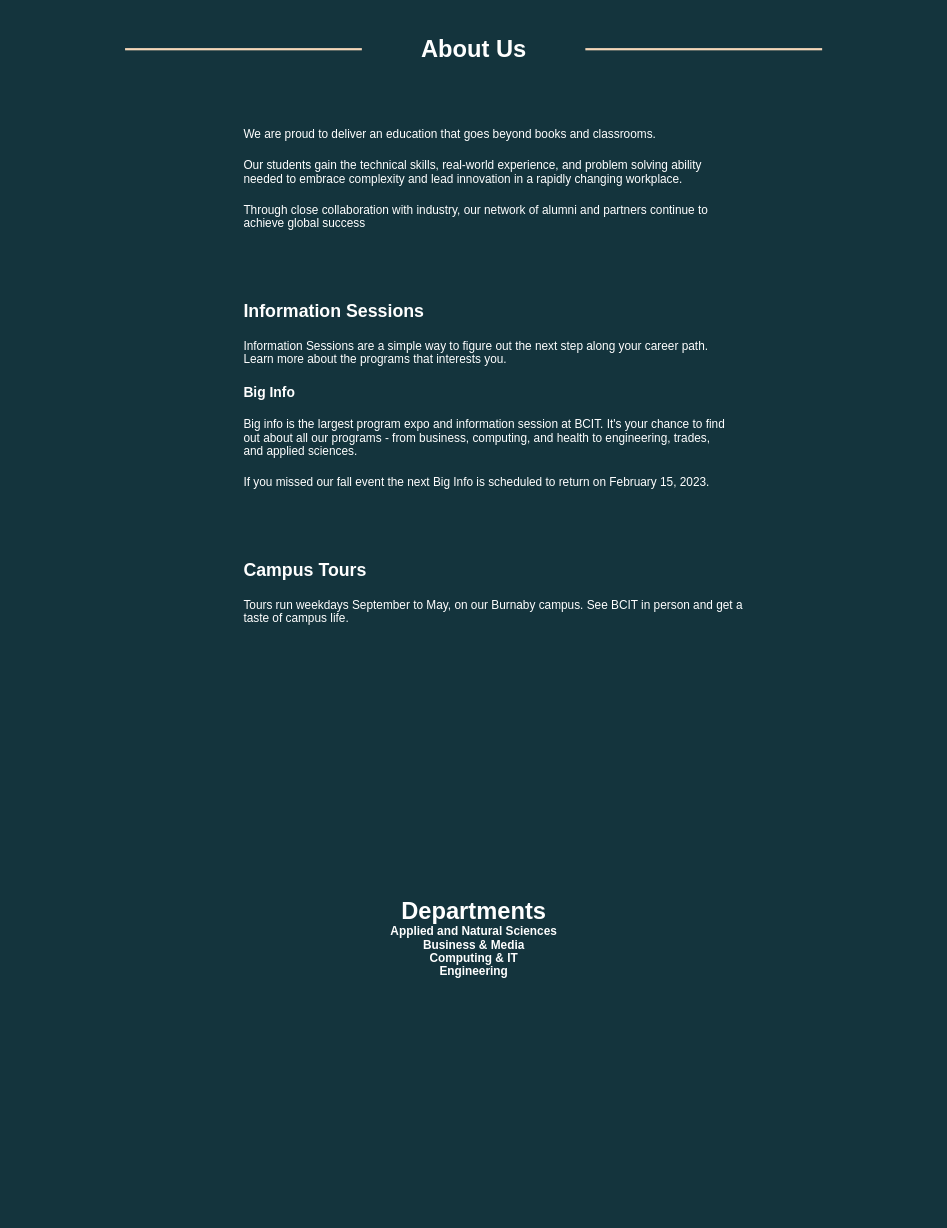
Repository: jennydmcm/assignment-1-playwright-site-A01338943
Page: /about
The author's editor kept a copy of each file at every save. The page is drawn from the files as they stood at one save, then again after the next save.
The browser window is 1280 px wide. The pictures show the whole page, at 74% of full size.
The project was rebuilt for these pictures with package versions that can differ from the ones it lists, and the page was loaded fresh each time. The framework's server and built-in components were replaced by stand-ins that run in the browser. Also part of the build but not shown: next.config.js.

Above is the page before, as saved 2023-02-08 14:02:53.

After the next save:
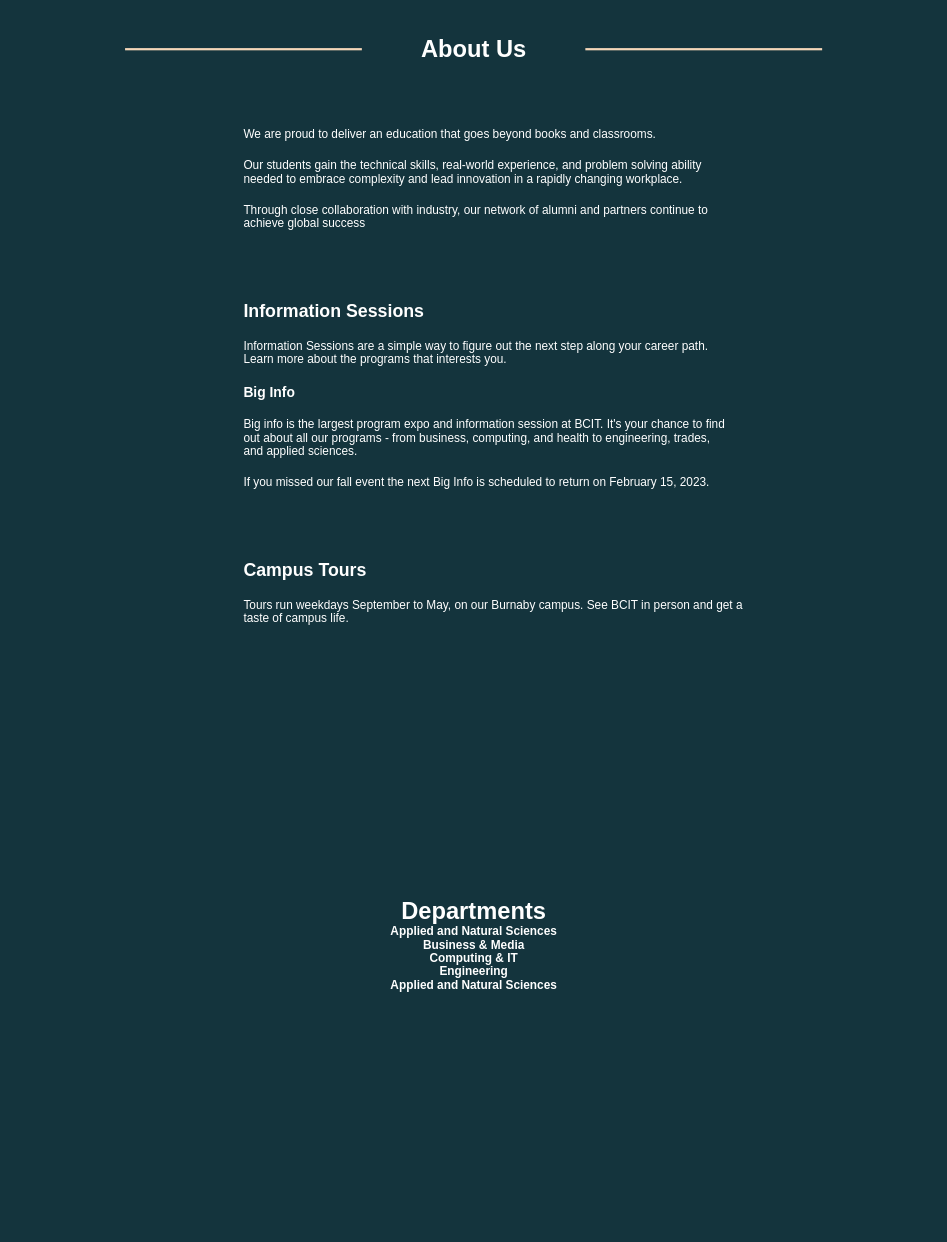
Saved 5 s later.
--- a/pages/about.js
+++ b/pages/about.js
@@ -80,6 +80,7 @@ export default function Home() {
             <h4 className={styles.deptNames}>Business & Media</h4>
             <h4 className={styles.deptNames}>Computing & IT</h4>
             <h4 className={styles.deptNames}>Engineering</h4>
+            <h4 className={styles.deptNames}>Applied and Natural Sciences</h4>
           </div>
         </header>
         <a>
